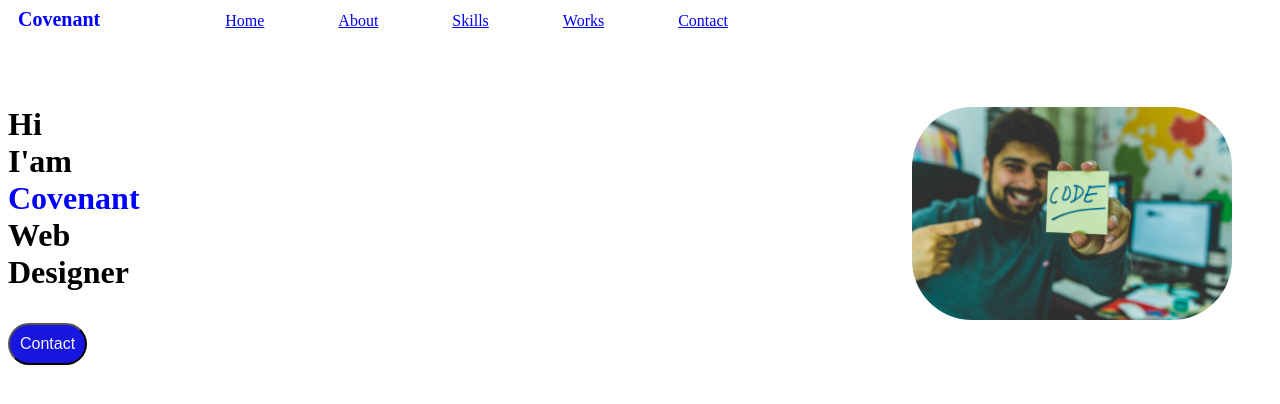
Repository: Tobby004/bdc-assignment-1
Page: index.html
An editor plug-in stored every save of this project. The page is shown before and after the next save, followed by the edit.
The browser window is 1280 px wide. The pictures show the whole page.

Above is the page before, as saved 2023-02-09 10:30:47.

After the next save:
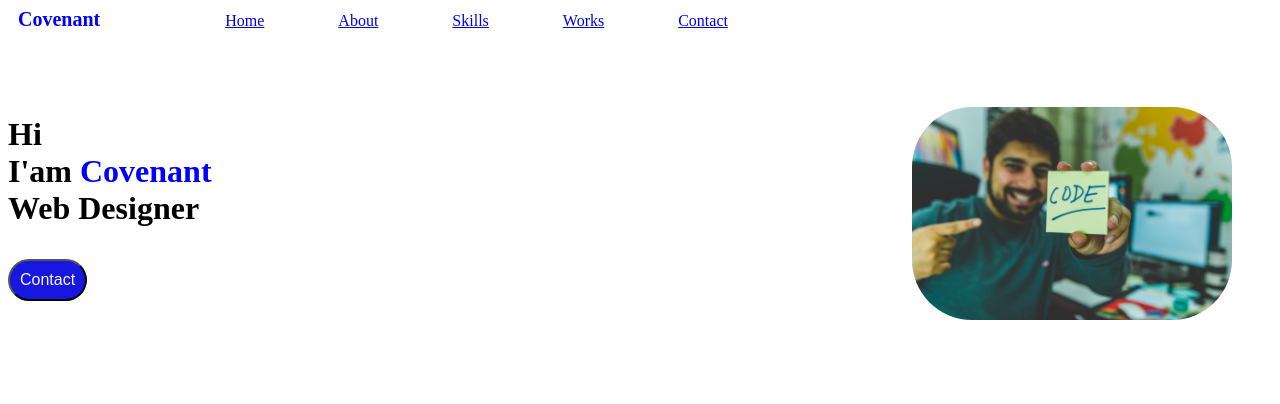
Saved 3 min 12 s later.
--- a/index.html
+++ b/index.html
@@ -21,6 +21,7 @@
     </header>
     <br>
     <br>
+    <div class="box"></div>
    <img src="image/Cov.jpg">
    <br>
    <h1>Hi <br> I'am <b>Covenant</b><br> Web Designer</h1>
--- a/task.css
+++ b/task.css
@@ -11,7 +11,6 @@ font-size: 20px;
 padding: 10px;
 margin-right: 100px;
 width: 100%;
-margin-bottom: 20px;
 justify-content: space-between;
 }
 header a {
@@ -41,5 +40,6 @@ button {
 }
 h1 {
     padding-block-end: 10px;
-    width: 10px;
+    padding-block: 10px;
+    stroke-width: 10px;
 }
